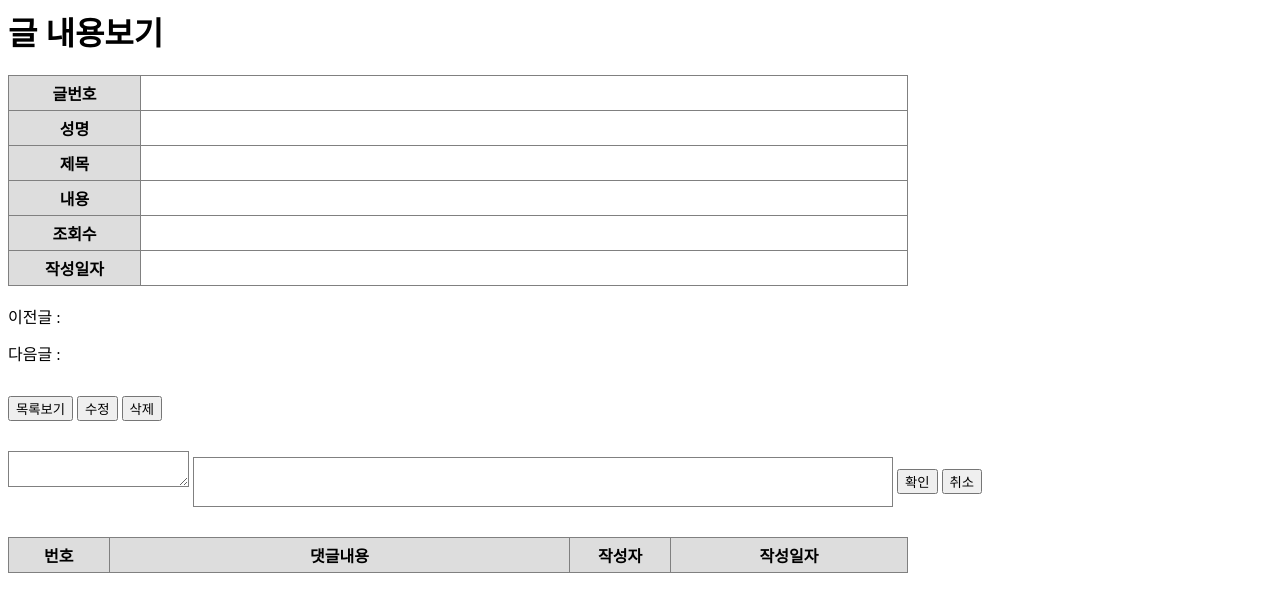
Repository: gold37/Spring
Page: http://localhost/Board/WEB-INF/views/tiles1/board/view.jsp
An editor plug-in stored every save of this project. The page is shown before and after the next save, followed by the edit.
The browser window is 1280 px wide. The pictures show the whole page.
The page is served by Tomcat 9. Nobody is signed in. The template is opened directly, without the code that normally fills it, so the values that code supplies are empty.

Above is the page before, as saved 2020-07-17 06:44:10.
Console error: ReferenceError: $ is not defined

After the next save:
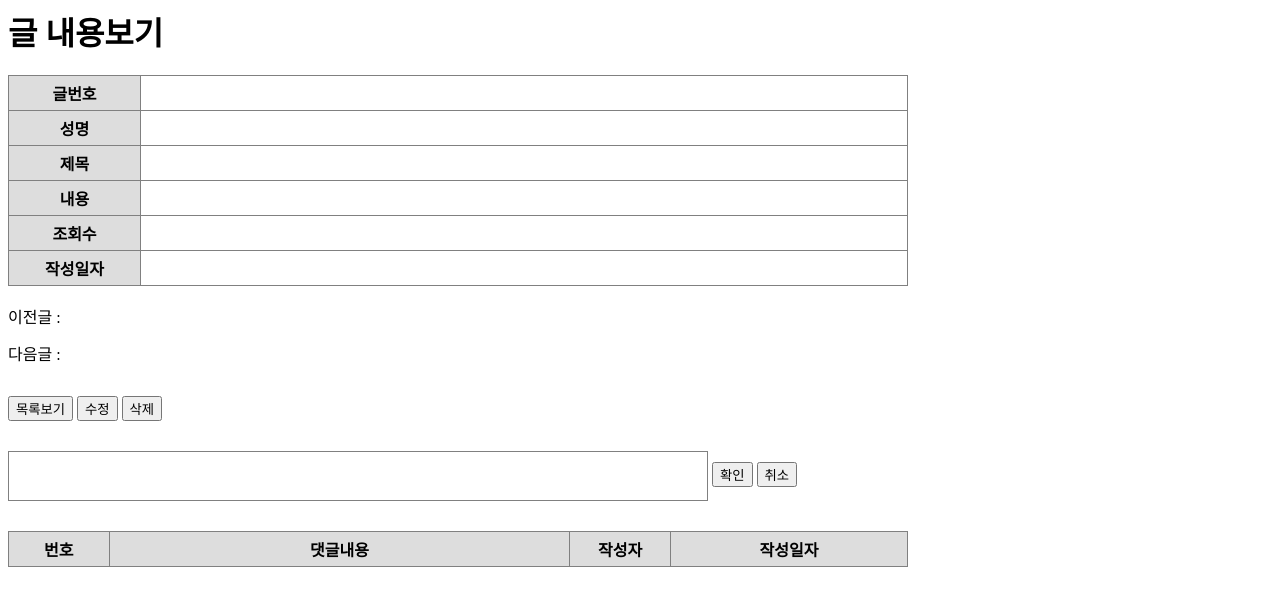
Saved 18 s later.
--- a/springworkspace/Board/src/main/webapp/WEB-INF/views/tiles1/board/view.jsp
+++ b/springworkspace/Board/src/main/webapp/WEB-INF/views/tiles1/board/view.jsp
@@ -96,7 +96,6 @@ a {text-decoration: none !important;}
 
 
 	<div style="margin-top: 30px;">
-		<textarea rows="" cols=""></textarea>
 		<input type="text" style="width:700px; height: 50px;" >
 		<button>확인</button>
 		<button>취소</button>
